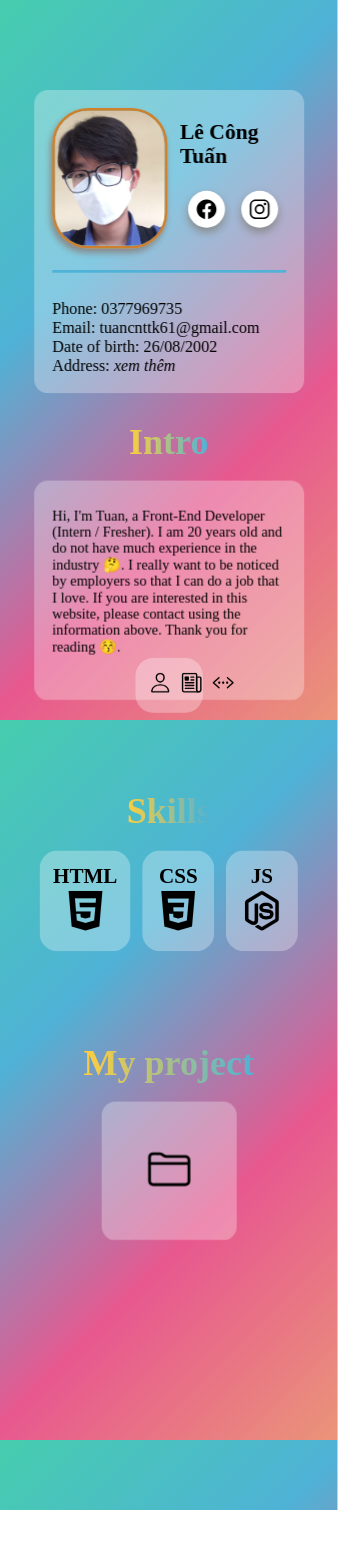
Repository: LeCongTuan2608/Profile
Page: index.html
An editor plug-in stored every save of this project. The page is shown before and after the next save, followed by the edit.
The browser window is 375 px wide. The pictures show the whole page, at 90% of full size.
Backgrounds fixed to the window are drawn as part of the page. The style sheet was rebuilt from its Sass, Less or Tailwind sources for each picture, by a compiler version that may differ from the author's.

Above is the page before, as saved 2022-05-05 12:40:32.

### index.html
<!DOCTYPE html>
<html lang="en">
   <head>
      <meta charset="UTF-8" />
      <meta http-equiv="X-UA-Compatible" content="IE=edge" />
      <meta name="viewport" content="width=device-width, initial-scale=1.0" />

      <script type="module" src="https://unpkg.com/ionicons@5.5.2/dist/ionicons/ionicons.esm.js"></script>
      <script nomodule src="https://unpkg.com/ionicons@5.5.2/dist/ionicons/ionicons.js"></script>

      <link rel="preconnect" href="https://fonts.googleapis.com" />
      <link rel="preconnect" href="https://fonts.gstatic.com" crossorigin />
      <link href="https://fonts.googleapis.com/css2?family=Pacifico&display=swap" rel="stylesheet" />

      <link href="https://unpkg.com/aos@2.3.1/dist/aos.css" rel="stylesheet" />
      <script src="https://unpkg.com/aos@2.3.1/dist/aos.js"></script>

      <link rel="stylesheet" href="./sass/css/style.css" />
      <title>Profile</title>
   </head>
   <body>
      <div class="container">
         <div class="palette">
            <ion-icon name="color-palette-outline"></ion-icon>
            <div class="list-color">
               <ul>
                  <li class="bgr-color"></li>
                  <li class="bgr-color"></li>
                  <li class="bgr-color"></li>
               </ul>
            </div>
         </div>

         <div class="contents">
            <div data-aos="flip-left" data-aos-duration="1500">
               <div class="card-info">
                  <div class="personal-information">
                     <div class="image">
                        <div class="user-image">
                           <img src="./images/1.JPG" alt="" />
                        </div>
                        <div class="user-intro">
                           <h2>Lê Công Tuấn</h2>
                           <div class="user-intro-navigation">
                              <div class="navigation-fb">
                                 <a href="https://www.facebook.com/profile.php?id=100026041985048"
                                    ><ion-icon name="logo-facebook"></ion-icon
                                 ></a>
                                 <span>facebook</span>
                              </div>
                              <div class="navigation-ins">
                                 <a href="https://www.instagram.com/tuanle2608/"
                                    ><ion-icon name="logo-instagram"></ion-icon
                                 ></a>
                                 <span>instagram</span>
                              </div>
                           </div>
                        </div>
                     </div>
                     <div class="contact">
                        <div class="contact-info">
                           <span>Phone: 0377969735</span>
                           <span>Email: tuancnttk61@gmail.com</span>
                        </div>
                        <div class="contact-info">
                           <span>Date of birth: 26/08/2002</span>
                           <span>Address: <i id="see">xem thêm</i></span>
                        </div>
                     </div>
                  </div>
               </div>
            </div>
            <div class="card-intro">
               <div class="intro-yourself">
                  <div class="title">
                     <div data-aos="fade-up" data-aos-duration="1000">
                        <h1>Intro</h1>
                     </div>
                  </div>
                  <div data-aos="flip-down" data-aos-duration="1000">
                     <div class="intro-content">
                        <p>
                           Hi, I'm Tuan, a Front-End Developer (Intern / Fresher). I am 20 years old and do not have
                           much experience in the industry 🤔. I really want to be noticed by employers so that I can do
                           a job that I love. If you are interested in this website, please contact using the
                           information above. Thank you for reading 😚.
                        </p>
                     </div>
                  </div>
               </div>

               <div class="my-skills">
                  <div class="title">
                     <div data-aos="fade-down" data-aos-easing="linear" data-aos-duration="300">
                        <h1>Skills</h1>
                     </div>
                  </div>
                  <div class="skills-content">
                     <div class="list-skills">
                        <div data-aos="fade-right">
                           <h3>HTML</h3>
                           <ion-icon name="logo-html5"></ion-icon>
                        </div>

                        <div data-aos="fade-down">
                           <h3>CSS</h3>
                           <ion-icon name="logo-css3"></ion-icon>
                        </div>

                        <div data-aos="fade-left">
                           <h3>JS</h3>
                           <ion-icon name="logo-nodejs"></ion-icon>
                        </div>
                     </div>
                  </div>
               </div>

               <div class="my-project">
                  <div class="title">
                     <div data-aos="fade-up" data-aos-anchor-placement="bottom-bottom">
                        <h1>My project</h1>
                     </div>
                  </div>
                  <div class="project-box">
                     <div data-aos="zoom-in">
                        <div class="box">
                           <ion-icon name="folder-outline"></ion-icon>
                        </div>
                     </div>
                  </div>
               </div>
            </div>
         </div>

         <div class="box-container">
            <div class="list-project">
               <div class="close">
                  <ion-icon name="close-circle-outline"></ion-icon>
               </div>

               <ul>
                  <li>
                     <a href="https://lecongtuan2608.github.io/Youtube/">https://lecongtuan2608.github.io/Youtube/</a>
                  </li>
                  <li><a href="https://lecongtuan2608.github.io/music/">https://lecongtuan2608.github.io/music/</a></li>
               </ul>
            </div>
         </div>
         <div class="toolbar">
            <div class="tollbar-list">
               <ul>
                  <li><ion-icon name="person-outline"></ion-icon></li>
                  <li><ion-icon name="newspaper-outline"></ion-icon></li>
                  <li><ion-icon name="code-working-outline"></ion-icon></li>
               </ul>
            </div>
         </div>
      </div>
   </body>
   <script>
      AOS.init();
   </script>
   <script src="./js/app.js"></script>
</html>

### js/app.js
const open_project = document.querySelector('.box');
const box_container = document.querySelector('.box-container');
const close_box = document.querySelector('.close');
const list_project = document.querySelector('.list-project');
open_project.addEventListener('click', function () {
   box_container.classList.add('open');
});
close_box.addEventListener('click', function () {
   box_container.classList.remove('open');
});
box_container.addEventListener('click', function () {
   box_container.classList.remove('open');
});
list_project.addEventListener('click', function (event) {
   event.stopPropagation();
});

const palette = document.querySelector('.palette');
var bgr_colors = document.querySelectorAll('.bgr-color');
const container = document.querySelector('.container');
const text_colors = document.querySelectorAll('.title h1');
function bgr_change() {
   for (let i = 0; i < bgr_colors.length; i++) {
      bgr_colors[i].addEventListener('click', function () {
         bgr_colors = i;
         if (bgr_colors == 0) {
            for (let text_color of text_colors) {
               text_color.classList.remove('text-color-2');
               text_color.classList.remove('text-color-3');
               text_color.classList.add('text-color-1');
            }
            container.classList.remove('bgr-color-2');
            container.classList.remove('bgr-color-3');
            container.classList.add('bgr-color-1');
         } else if (bgr_colors == 1) {
            for (let text_color of text_colors) {
               text_color.classList.remove('text-color-1');
               text_color.classList.remove('text-color-3');
               text_color.classList.add('text-color-2');
            }
            container.classList.remove('bgr-color-1');
            container.classList.remove('bgr-color-3');
            container.classList.add('bgr-color-2');
         } else if (bgr_colors == 2) {
            for (let text_color of text_colors) {
               text_color.classList.remove('text-color-1');
               text_color.classList.remove('text-color-2');
               text_color.classList.add('text-color-3');
            }
            container.classList.remove('bgr-color-1');
            container.classList.remove('bgr-color-2');
            container.classList.add('bgr-color-3');
         }
      });
   }
}
bgr_change();

### sass/style.scss
*{
    margin: 0;
    padding: 0;
}
html{
    width: 100%;
    height: 100%;
    padding: 0;
    margin: 0;
    font-family: 'Fredoka One', cursive;

}
body{
    width: 100%;
    height: auto;

}
.container{
    padding-top: 100px;
    padding-bottom: 200px;
    width: 100%;
    height: auto;
    position: relative;
    background-image: linear-gradient(-45deg, #ea9479, #e7588f, #4fb2d6, #46cdae);
    background-attachment: fixed;
}
.bgr-color-1{
    background-image: linear-gradient(90deg, #74EBD5 0%, #9FACE6 100%);
    background-attachment: fixed;
}
.bgr-color-2{
    background-image: linear-gradient(to right, #eea2a2 0%, #bbc1bf 19%, #57c6e1 42%, #b49fda 79%, #7ac5d8 100%);
    background-attachment: fixed;
}
.bgr-color-3{
    background-image: linear-gradient(to top, #88d3ce 0%, #6e45e2 100%);
    background-attachment: fixed;
}
.palette{
    position: fixed;
    top: 3%;
    right: 5%;
    font-size: 40px;
}
.list-color ul{
    position: absolute;
}
.palette:hover ul li{
    display: block;
}
// chọn màu bgr
.list-color ul li:first-child{
    margin-bottom: 10px;
    background-image: linear-gradient(90deg, #74EBD5 0%, #9FACE6 100%);
}
.list-color ul li:nth-of-type(2){
    margin-bottom: 10px;
    background-image: linear-gradient(to right, #eea2a2 0%, #bbc1bf 19%, #57c6e1 42%, #b49fda 79%, #7ac5d8 100%);
}
.list-color ul li:last-child{
    background-image: linear-gradient(to top, #88d3ce 0%, #6e45e2 100%);

}

.list-color ul li{
    list-style-type: none;
    display: none;
    width: 40px;
    height: 40px;
    border-radius: 100rem;
    box-shadow: #3d3d3d -1px 2px 5px 2px;

}
.toolbar{
    width:  20%;
    border-radius: 20px;
    position: fixed;
    font-size: 25px;
    left: 50%;
    transform: translateX(-50%);
    bottom: 1%;
    background-color: rgba($color: white, $alpha: 0.3);
}
.tollbar-list{
    padding: 10px;
}
.toolbar ul{
    display: flex;
    justify-content: space-around;
}
.toolbar ul li {
    list-style-type: none;
    display: inline;
    border-radius: 100rem;
    cursor: pointer;
}
.toolbar ul li ion-icon{
    padding: 5px;
}
.toolbar ul li:hover {
background-color: #a5e296;
}
.palette ion-icon{
    background-image: linear-gradient(-45deg, #e7588f,#46cdae);
    border-radius: 100rem;
    box-shadow: #a9a9a9 0px 0px 10px 6px;
    cursor: pointer;
}
.contents{
    width: 100%;
    display: flex;
    flex-wrap: wrap;
    align-content: center;
    flex-direction: column;
}
.contents > div{
    width: 60%;
}
.card-info{
    background-color: rgba($color: white, $alpha: 0.3);
    border-radius: 15px;
}
.personal-information{
    padding: 20px;
    display: flex;

}
.image{
    display: flex;
    flex: 1;
    border-right: 3px solid;
    border-color:#4fb2d6;
    padding-right: 20px;
}
.user-image{
    width: 150px;
    height: 150px;
    // border: 3px solid;
    // border-image-source: linear-gradient(to top, #f64f59, #9634c8);
    // border-image-slice :1;
}
.user-image img{
    width: 100%;
    height: 100%;
    object-fit: cover;
    border-radius: 40px;
    border: solid;
    border-color: #cd802e;
    box-shadow: rgb(137, 137, 137) -2px 5px 7px 0px;


}
.user-intro{
    display: flex;
    margin-left: 20px;
    flex-direction: column;
    justify-content: space-around;
}
.user-intro-navigation{
    display: flex;
    justify-content: space-around;
}
.user-intro-navigation a{
    color: black;
    text-decoration: none;
}
.user-intro-navigation a > ion-icon{
    font-size: 25px;
    border-radius: 100rem;
    padding: 8px;
    background-color: white;
    box-shadow: rgb(137, 137, 137) 0px 5px 10px 0px;
}
.navigation-fb{
    position: relative;
}
.navigation-fb span{
    display: none;
}
.navigation-fb a > ion-icon:hover{
    background-color: rgb(153, 159, 248);
}
.navigation-fb:hover span{
    position: absolute;
    display: block;
    background-color: rgb(153, 159, 248);
    border-radius: 40px;
    padding: 5px;
    font-size: 18px;
    top: -95%;
    left: -50%;
    font-weight: 700;
    animation: intro ease 0.5s;
    z-index: 2;
}
.navigation-fb:hover::after{
    position: absolute;
    content: "";
    width: 13px;
    height: 13px;
    background-color: rgb(153, 159, 248);
    clip-path: polygon(50% 100%, 0 0, 100% 0);
    top: -25%;
    left: 30%;
    animation: intro ease 0.5s;
    z-index: 1;
}


.navigation-ins{
    position: relative;
}
.navigation-ins span{
    display: none;
}
.navigation-ins a > ion-icon:hover{
    background-color: rgb(64, 173, 177);
}
.navigation-ins:hover span{
    position: absolute;
    display: block;
    background-color: rgb(64, 173, 177);
    border-radius: 40px;
    padding: 5px;
    font-size: 18px;
    top: -95%;
    left: -50%;
    font-weight: 700;
    animation: intro ease 0.5s;
    z-index: 2;
}
.navigation-ins:hover::after{
    position: absolute;
    content: "";
    width: 13px;
    height: 13px;
    background-color: rgb(64, 173, 177);
    clip-path: polygon(50% 100%, 0 0, 100% 0);
    top: -25%;
    left: 30%;
    animation: intro ease 0.5s;
    z-index: 1;
}
.contact{
    flex: 1;
    display: flex;
    padding-left: 20px;
}
.contact-info{
    flex: 1;
    display: flex;
    flex-direction: column;
    justify-content: space-around;
}
.contact-info span{
    font-size: 18px;
    overflow: hidden;
}

.card-intro{
    margin-top: 30px;
    width: 60%;

}
.intro-yourself{
    margin: 30px 0 100px 0;
}
.title{
    text-align: center;
    margin-bottom: 20px;
    font-size: 20px;
}
.title h1{
    display: inline-block;
    background-image: linear-gradient( to right,#ffce3d, #4fb2d6);
    color: transparent;
    -webkit-background-clip: text;
    background-clip: text;
}
// đổi màu text
.text-color-1{
    background-image: linear-gradient(-225deg, #AC32E4 0%, #7918F2 48%, #4801FF 100%) !important;
}
.text-color-2{
    background-image: linear-gradient(-225deg, #A445B2 0%, #D41872 52%, #FF0066 100%) !important;
}
.text-color-3{
    background-image: linear-gradient(to top, #50cc7f 0%, #f5d100 100%) !important;
}

//===============
.intro-content{
    padding: 30px 20px 50px 20px;
    background-color: rgba($color: white, $alpha: 0.3);
    border-radius: 15px;
}

.my-skills {
    margin: 30px 0 100px 0;
}
.skills-content .list-skills{
    display: flex;
    justify-content: space-around;
}
.skills-content .list-skills div{
    padding: 5%;
    border-radius: 20px;
    background-color: rgba(255, 255, 255, 0.3);
    list-style-type: none;
    display: inline;
    text-align: center;
    font-size: 20px;
}

.skills-content .list-skills div ion-icon{
    font-size: 50px;
}
.my-project{
    margin: 30px 0 100px 0;

}
.project-box{
    display: flex;
    justify-content: center;
}
.box{
    background-color: rgba($color: white, $alpha: 0.3);
    border-radius: 15px;
    text-align: center;
    cursor: pointer;
}
.box:hover{
    transition-duration: 0.5s;
    transform: scale(1.1, 1.1);
    box-shadow: rgba(130, 130, 130, 0.773) 0px 1px 5px 2px;
}
.box > ion-icon{
    font-size: 50px;
    padding: 50px;
}
.box-container{
    position: fixed;
    top:0;
    left: 0;
    right: 0;
    bottom: 0;
    background-color: rgba( rgb(186, 186, 186), 0.5);
    display: none;
}
.open{
    display: block;
}
.list-project{
    position: absolute;
    left: 30%;
    right: 30%;
    top: 50%;
    transform: translateY(-50%);
    border-radius: 15px;
    background-color: white;
    box-shadow: rgb(137, 137, 137) 0px 5px 10px 0px;
    text-align: center;
    animation: intro ease 1s;

}
.close{
    position: absolute;
    width: 30px;
    height: 30px;
    right: 2%;
    top: 2%;
    font-size: 25px;
    cursor: pointer;
}
.list-project ion-icon:hover{
    color: red;
    border-radius: 100rem;

}
.list-project ul{
    padding: 50px 10px 30px 10px;
}
.list-project ul li{
    list-style-type: none;
}
.list-project ul li a{
    text-decoration: none;
    color: black;
}
.list-project ul li a:hover{
    color: rgb(53, 138, 213);
}
@keyframes intro{
    from {
        transform: translateY((100%));
    }
    to{
        transform: translateY((-50%));
    }
}
@media screen and (max-width:1060px) {
    .contents {
        display: block;
    }
    .contents > div{
        margin: 0 10% 0 10%;
        width: 80%;
    }
}
@media screen and (max-width:820px) {
    .contents {
        display: block;
    }
    .personal-information{
        display: block;
    }
    .image{
        border-right: none;
        border-bottom: 3px solid;
        border-color: #4fb2d6;
        padding-right: 0;
        padding-bottom: 30px;
    }
    .contact{
        padding-top: 30px;
        padding-left: 0px;

    }
}
@media screen and (max-width:567px){
    .image{
        border-right: none;
        border-bottom: 3px solid;
        border-color: #4fb2d6;
        padding-right: 0;
        padding-bottom: 30px;
    }
    .contact{
        padding-top: 30px;
        display: block;
    }
}
@media screen and (max-width:391px){
    .palette{
        display: none;
    }
}

After the next save:
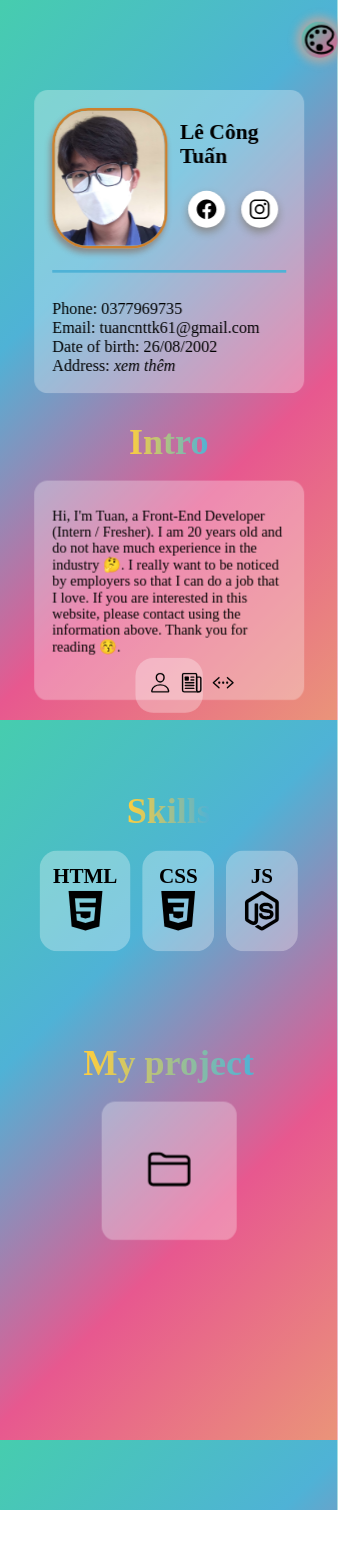
Saved 28 s later.
--- a/sass/style.scss
+++ b/sass/style.scss
@@ -442,6 +442,9 @@ background-color: #a5e296;
 }
 @media screen and (max-width:391px){
     .palette{
-        display: none;
-    }
-}
+        position: fixed;
+        top: 3%;
+        right: 0%;
+        font-size: 40px;
+    }
+}
